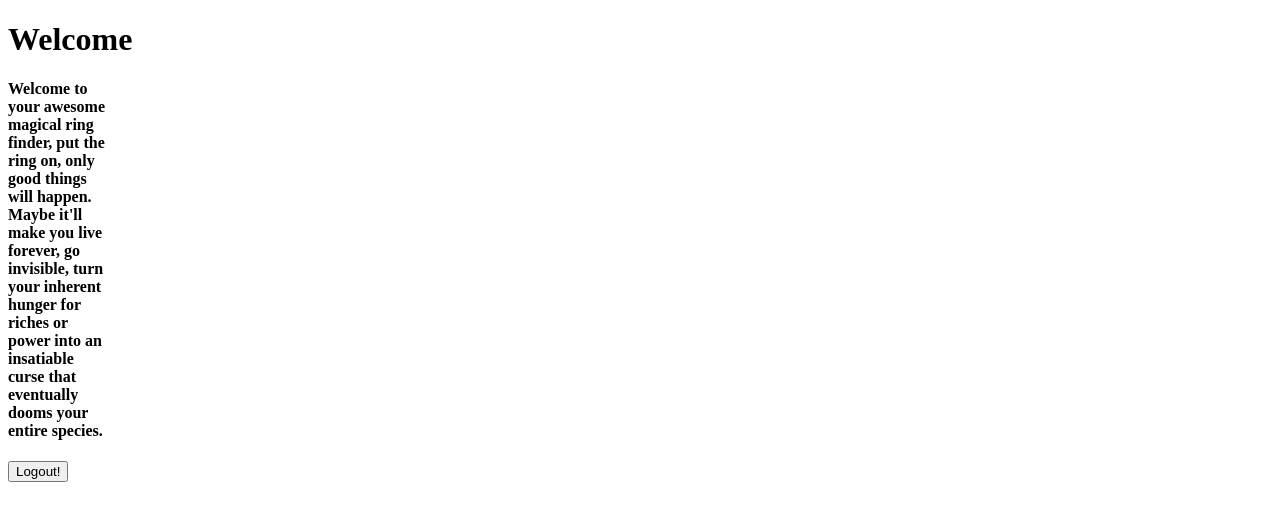
Repository: jshin07/Java
Page: http://localhost/javareviewer/WEB-INF/bind_darkness.jsp
An editor plug-in stored every save of this project. The page is shown before and after the next save, followed by the edit.
The browser window is 1280 px wide. The pictures show the whole page.
The page is served by Tomcat 9. Nobody is signed in. The template is opened directly, without the code that normally fills it, so the values that code supplies are empty.

Above is the page before, as saved 2017-07-25 21:20:26.

After the next save:
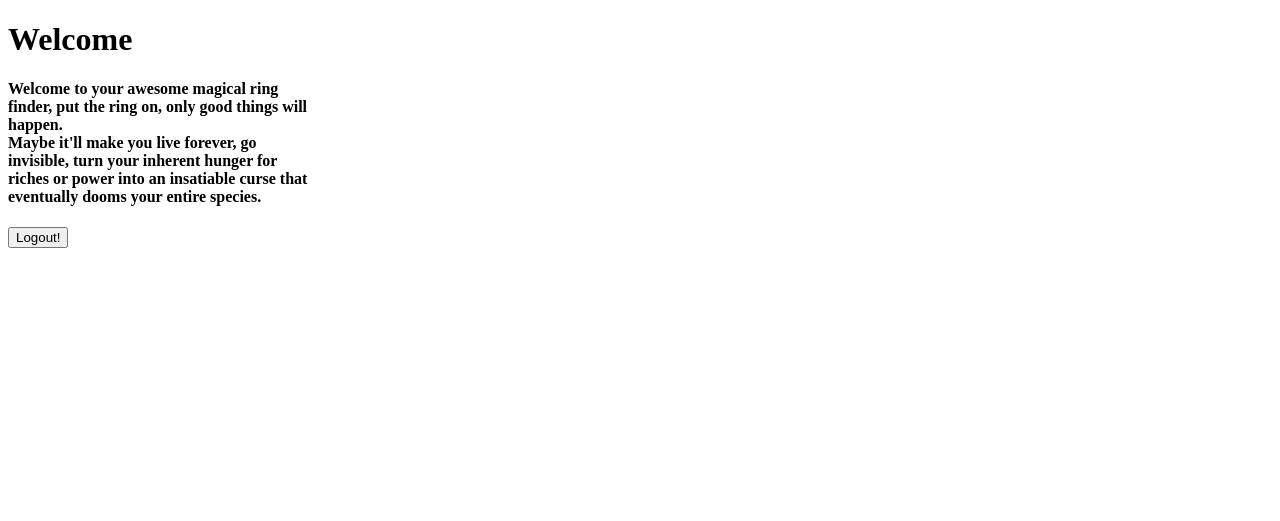
Saved 7 s later.
--- a/SpringTool/javareviewer/src/main/webapp/WEB-INF/bind_darkness.jsp
+++ b/SpringTool/javareviewer/src/main/webapp/WEB-INF/bind_darkness.jsp
@@ -11,7 +11,7 @@
 <body>
 	<style>
 		h4 {
-		width: 100px;
+		width: 300px;
 		}
 	</style>
 	<h1>Welcome <c:out value="${currentUser.firstName}"></c:out></h1>
